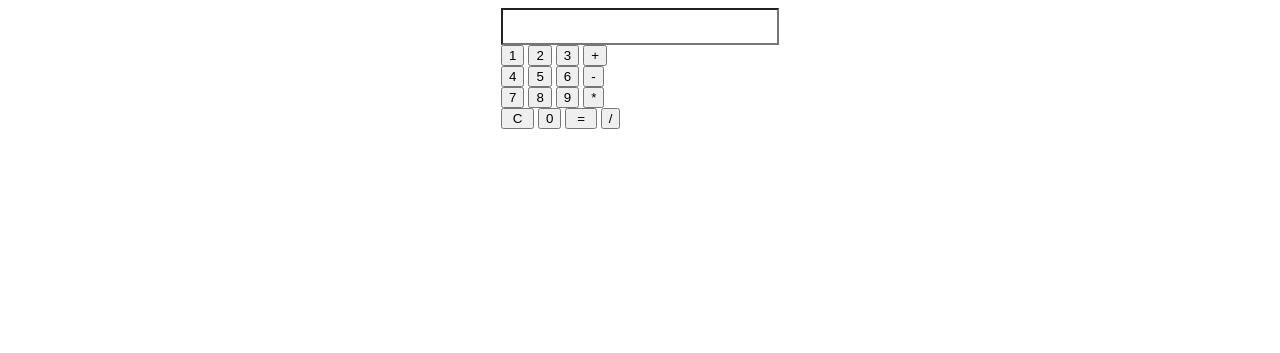
Repository: Drumstrum88/LAB-calculator
Page: index.html
An editor plug-in stored every save of this project. The page is shown before and after the next save, followed by the edit.
The browser window is 1280 px wide. The pictures show the whole page.

Above is the page before, as saved 2023-04-15 20:54:52.

After the next save:
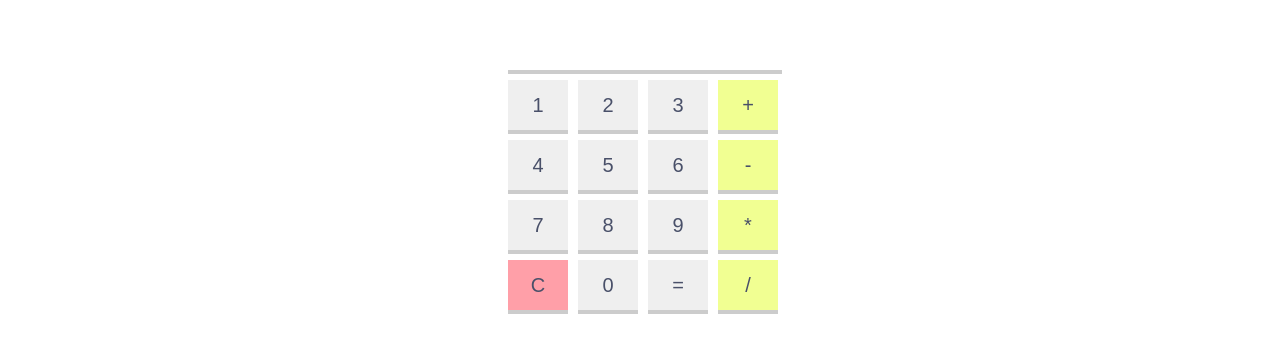
Saved 6 s later.
--- a/main.css
+++ b/main.css
@@ -24,3 +24,33 @@ body {
     box-shadow: 0 4px rgba(0,0,0,0.2);
     background-color: #ffffff;
 }
+
+input{
+  outline: 0;
+  position: relative;
+  left: 5px;
+  top: 5px;
+  border: 0;
+  color: #495069;
+  background-color: 4px;
+  width: 60px;
+  height: 50px;
+  float: left;
+  margin: 5px;
+  font-size: 20px;
+  box-shadow: 0 4px rgba(0,0,0,0.2);
+}
+
+.operator{
+  background-color: #f1ff92;
+  position: relative;
+}
+
+
+#clear{
+  float: left;
+  position: relative;
+  display: block;
+  background-color: #ff9fa8;
+  margin-bottom: 15px;
+}
